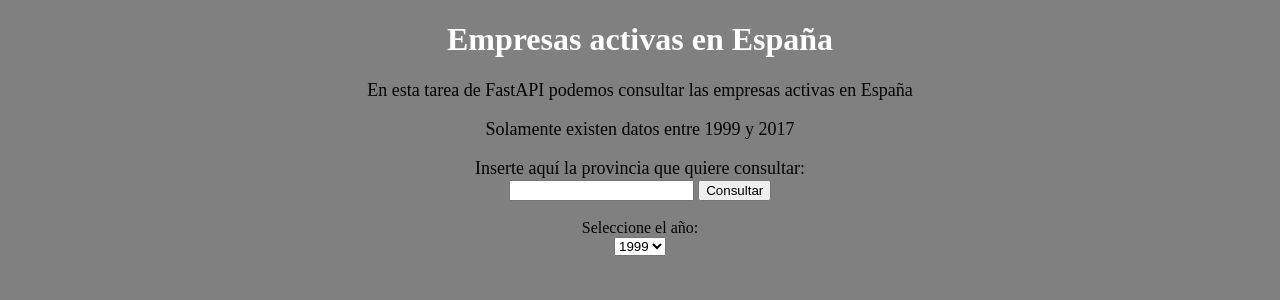
Repository: juanfrancisco164/fastAPI_1
Page: empresasActivas.html
An editor plug-in stored every save of this project. The page is shown before and after the next save, followed by the edit.
The browser window is 1280 px wide. The pictures show the whole page.

Above is the page before, as saved 2023-11-10 16:41:31.

After the next save:
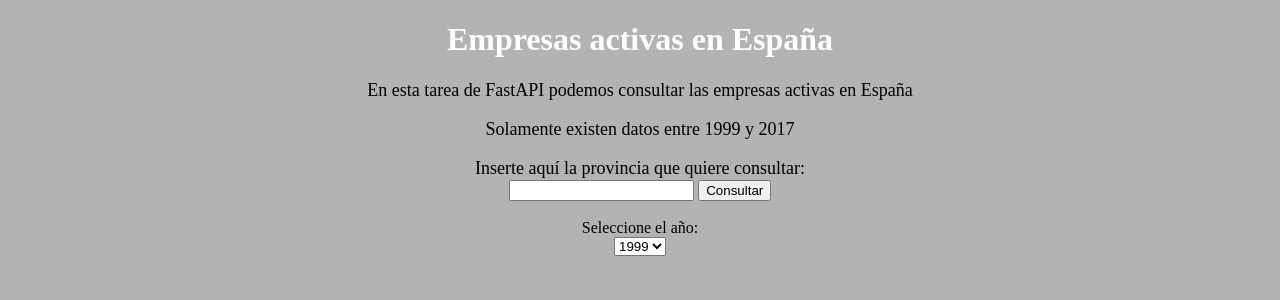
Saved 14 s later.
--- a/empresasActivas.html
+++ b/empresasActivas.html
@@ -6,7 +6,7 @@
     <title>Empresas activas en España</title>
     <style>
         body {
-            background-color: gray;
+            background-color: rgb(179, 179, 179);
             text-align: center;
             color: rgb(0, 0, 0);
         }
